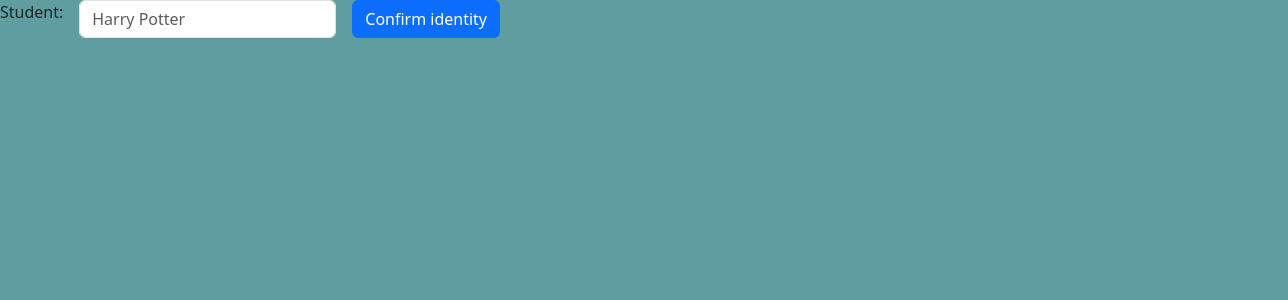
Repository: noahcallen/INDIVIDUAL-PROJECT-sorting-hat
Page: index.html
The author's editor kept a copy of each file at every save. The page is drawn from the files as they stood at one save, then again after the next save.
The browser window is 1280 px wide. The page is 1288 px wide, so the pictures cover 1288 px, including what lies to the right of the window. The pictures show the whole page.

Above is the page before, as saved 2024-07-27 10:54:45.

### index.html
<!DOCTYPE html>
<html lang="en">
<head>
  <meta charset="UTF-8">
  <meta name="viewport" content="width=device-width, initial-scale=1.0">
  <title>Sorting Hat</title>
  <link href="https://cdn.jsdelivr.net/npm/bootstrap@5.3.3/dist/css/bootstrap.min.css" rel="stylesheet" integrity="sha384-QWTKZyjpPEjISv5WaRU9OFeRpok6YctnYmDr5pNlyT2bRjXh0JMhjY6hW+ALEwIH" crossorigin="anonymous">
  <link href="main.css" rel="stylesheet">
</head>
<body>
  <form class="row g-3">
    <div class="col-auto">
      <p>Student:</p>
    </div>
    <div class="col-auto">
      <label for="inputPassword2" class="visually-hidden">Student Name</label>
      <input type="password" class="form-control" id="inputPassword2" placeholder="Harry Potter">
    </div>
    <div class="col-auto">
      <button type="submit" class="btn btn-primary mb-3">Confirm identity</button>
    </div>
  </form>



  <script src="https://cdn.jsdelivr.net/npm/bootstrap@5.3.3/dist/js/bootstrap.bundle.min.js" integrity="sha384-YvpcrYf0tY3lHB60NNkmXc5s9fDVZLESaAA55NDzOxhy9GkcIdslK1eN7N6jIeHz" crossorigin="anonymous"></script>
  <script src="main.js"></script>
</body>
</html>

### main.css
body {
  background-color: cadetblue !important;
}

Loaded but not shown: main.js (no copy from this time; the picture is the same without it)

After the next save:
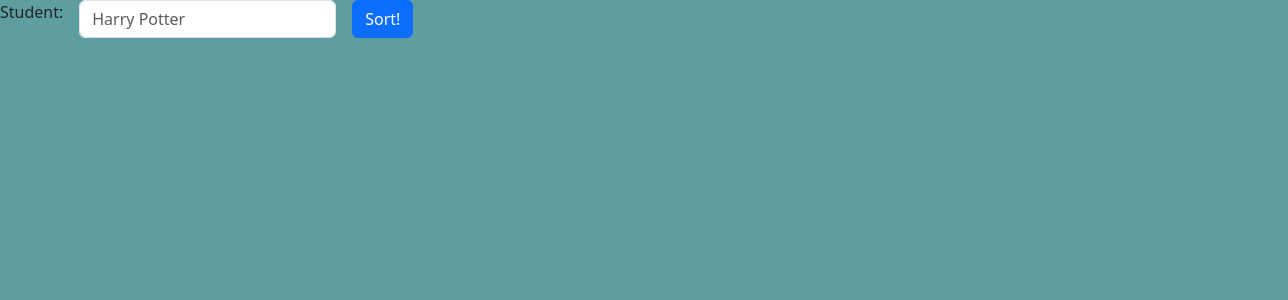
Saved 21 s later.
--- a/index.html
+++ b/index.html
@@ -17,7 +17,7 @@
       <input type="password" class="form-control" id="inputPassword2" placeholder="Harry Potter">
     </div>
     <div class="col-auto">
-      <button type="submit" class="btn btn-primary mb-3">Confirm identity</button>
+      <button type="submit" class="btn btn-primary mb-3">Sort!</button>
     </div>
   </form>
 
